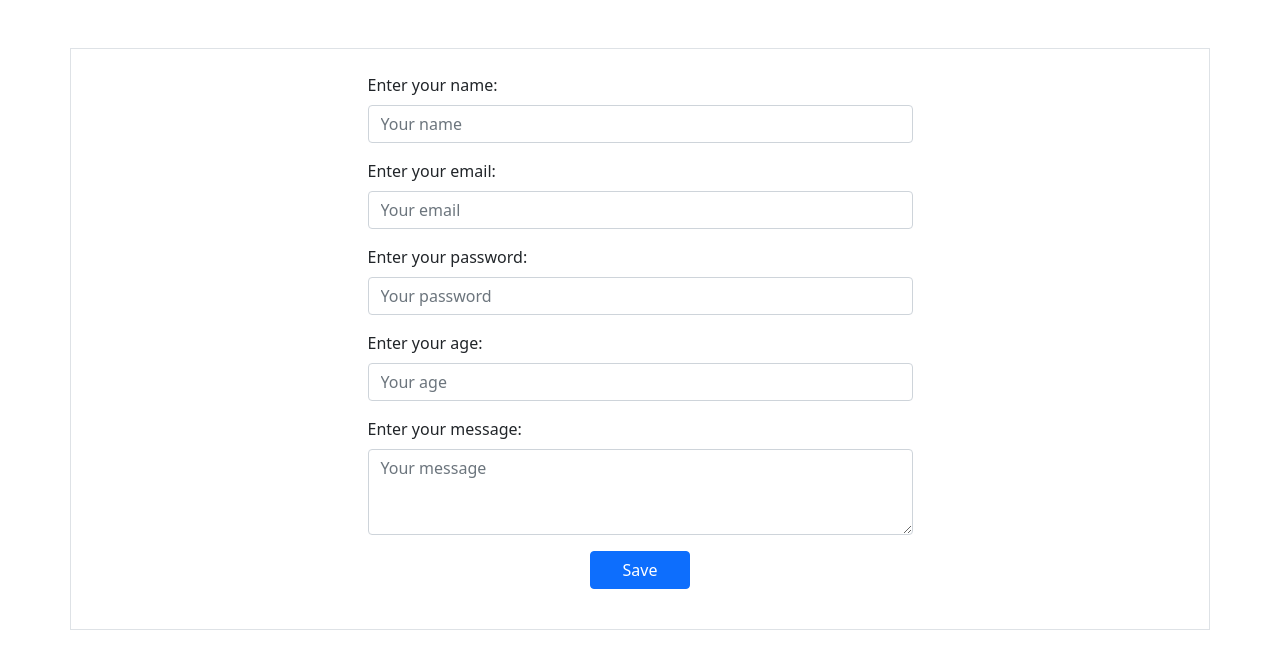
Repository: Abdulahi338/mp3-player-using-js
Page: Bootstrap/form.html
The author's editor kept a copy of each file at every save. The page is drawn from the files as they stood at one save, then again after a run of saves.
The browser window is 1280 px wide. The pictures show the whole page.

Above is the page before, as saved 2025-02-01 14:38:00.

After the next 2 saves:
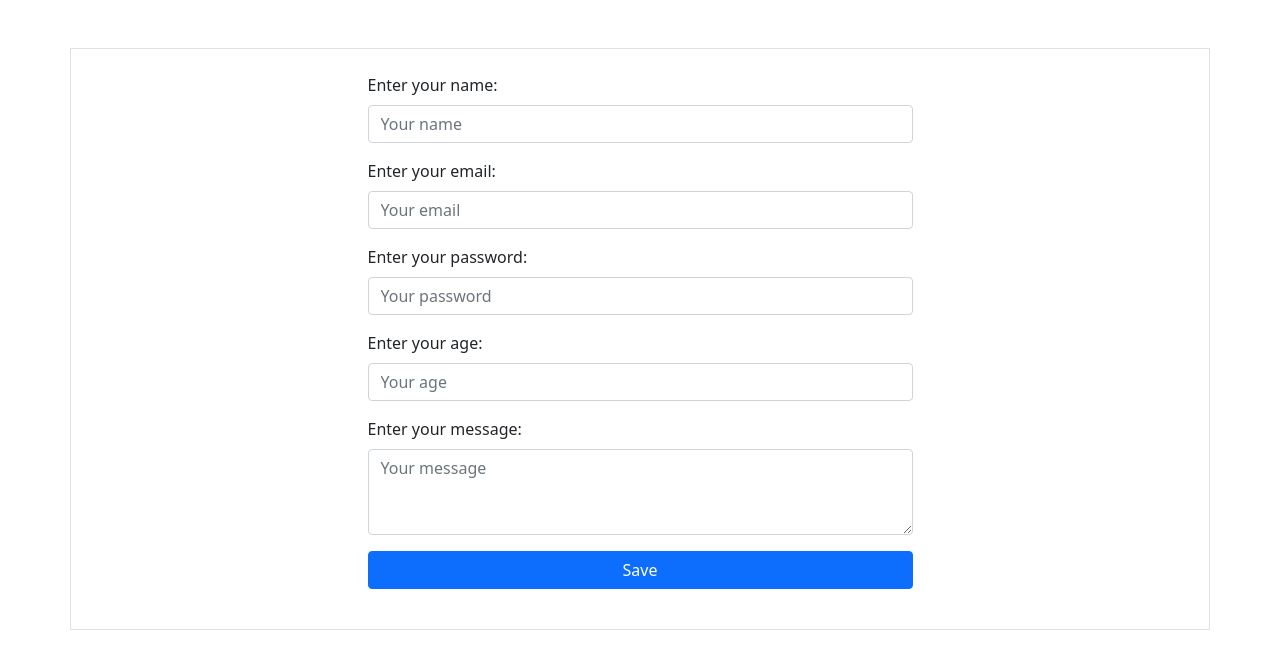
The 2 saves are shown as one change because they came seconds apart.
The last was saved 22 s later.
--- a/Bootstrap/form.html
+++ b/Bootstrap/form.html
@@ -42,7 +42,7 @@
 
                 <!-- Submit Button -->
                 <div class="mb-3 d-flex justify-content-center">
-                    <button type="submit" class="btn btn-primary" style="width: 100px;">Save</button>
+                    <button type="submit" class="btn btn-primary" style="width: 100%;">Save</button>
                 </div>
             </form>
         </div>
